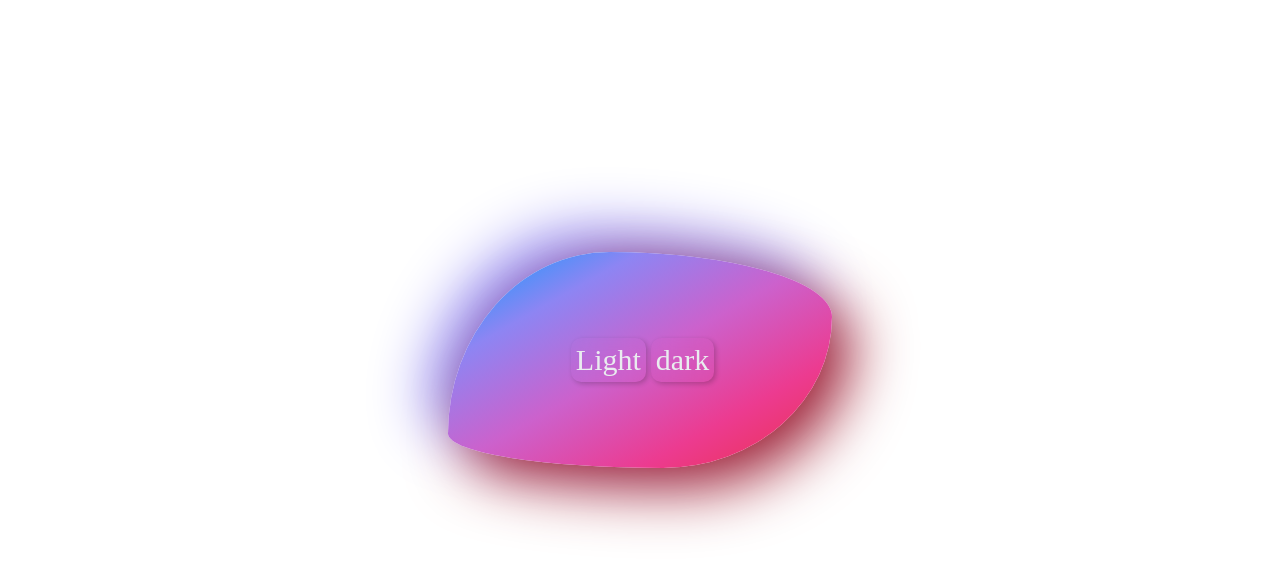
Repository: Yuukicoder/basicProject
Page: project1.html
These files come from the project's save history. The page is drawn as it stood at one moment and after the next save; the edit follows.
The browser window is 1280 px wide. The pictures show the whole page.
After loading, the first visible `#light` was clicked once.
Some web fonts or font styles are not loaded; a fallback is used.

Above is the page before, as saved 2023-02-24 22:59:23.

After the next save:
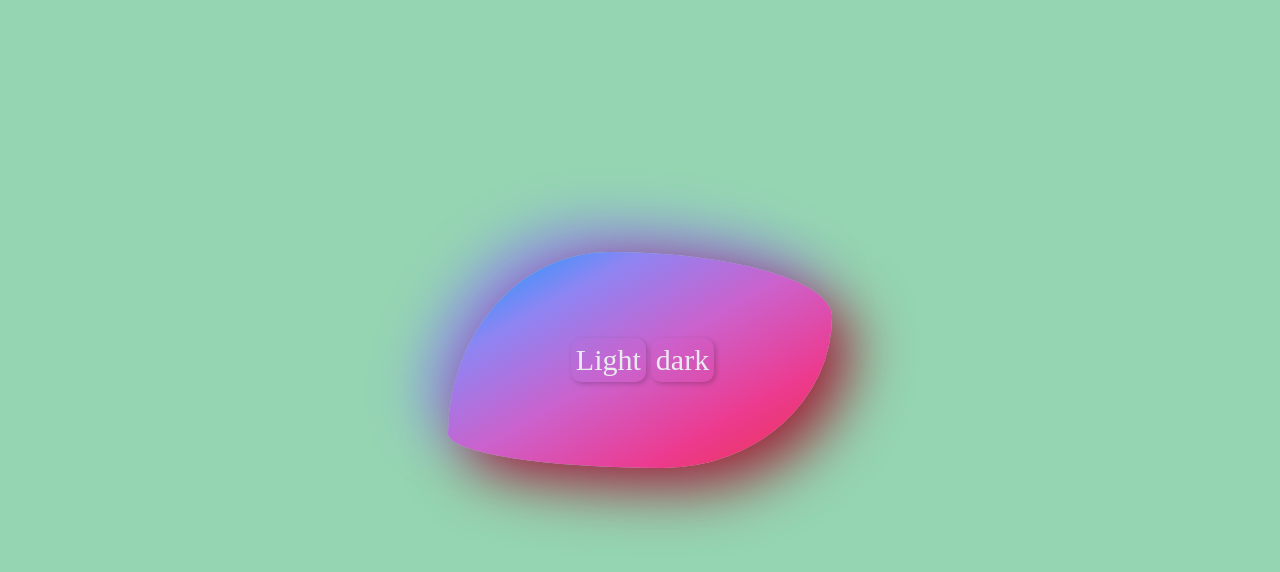
Saved 58 s later.
--- a/assets/js/project1.js
+++ b/assets/js/project1.js
@@ -6,6 +6,6 @@ dark.addEventListener("click", function () {
 
 })
 light.addEventListener("click", function () {
-    body.style.background = "white";
+    body.style.background = "#95d5b2";
 
 })
